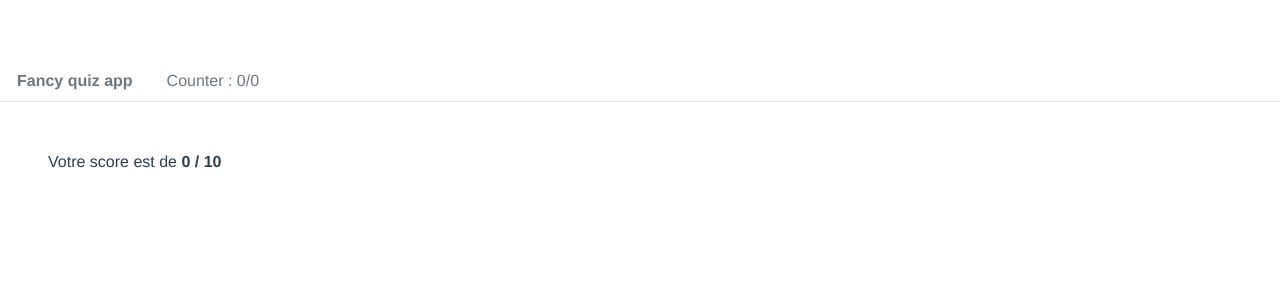
Repository: MomoDevlop/faso-quiz
Page: /
These files come from the project's save history. The page is drawn as it stood at one moment and after the next save; the edit follows.
The browser window is 1280 px wide. The pictures show the whole page.
The page's requests for data from a server got no answer. The project was rebuilt for these pictures with package versions that can differ from the ones it lists, and the page was loaded fresh each time. No one was signed in, and anything a server would have sent is missing. Also part of the build but not shown: src/components/questionBox.vue.

Above is the page before, as saved 2020-10-06 17:36:41.

After the next save:
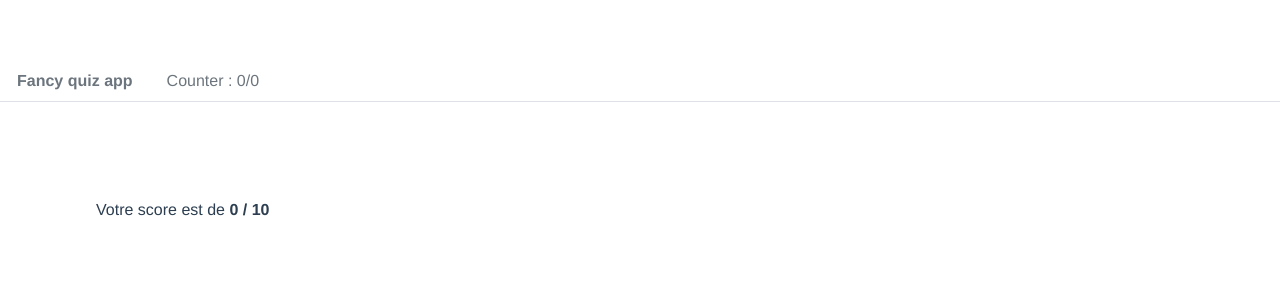
Saved 34 s later.
--- a/src/App.vue
+++ b/src/App.vue
@@ -7,13 +7,13 @@
     :numTotal="numTotal"
     />
     <div class="row m-5">
-      <div class="col-xs-12" v-show="isEnd">
-        <button class="btn btn-succes ">
+      <div class="col-xs-12 m-5" v-show="isEnd">
+        <button class="btn btn-succes">
           Vous n'avez droit qu'à 10 questions!! Veuillez cliquer sur <strong> Reset </strong> pour recommencer
         </button>
 
       </div>
-      <div class="col-xs-12">
+      <div class="col-xs-12 m-5">
         Votre score est de <strong> {{numCorrect}} / 10 </strong>
       </div>
     </div>
